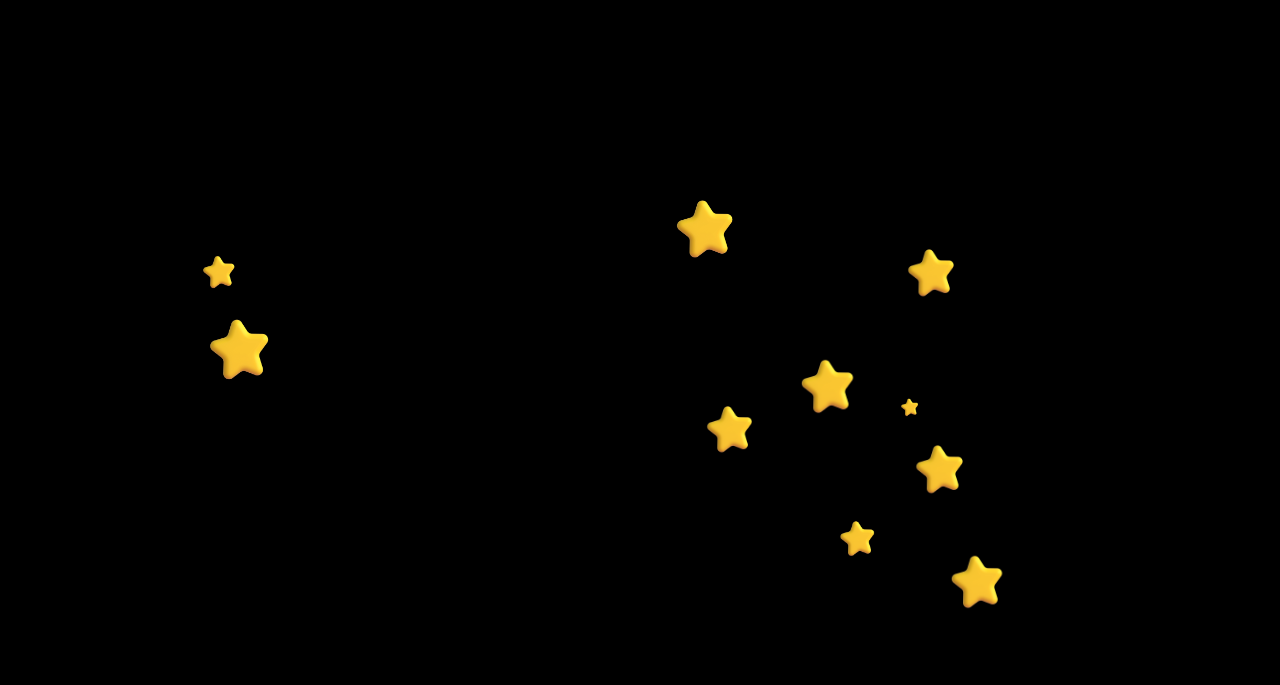
Repository: heartbreathing/Star-game
Page: index.html
An editor plug-in stored every save of this project. The page is shown before and after the next save, followed by the edit.
The browser window is 1280 px wide. The pictures show the whole page.

Above is the page before, as saved 2022-10-28 23:17:34.

After the next save:
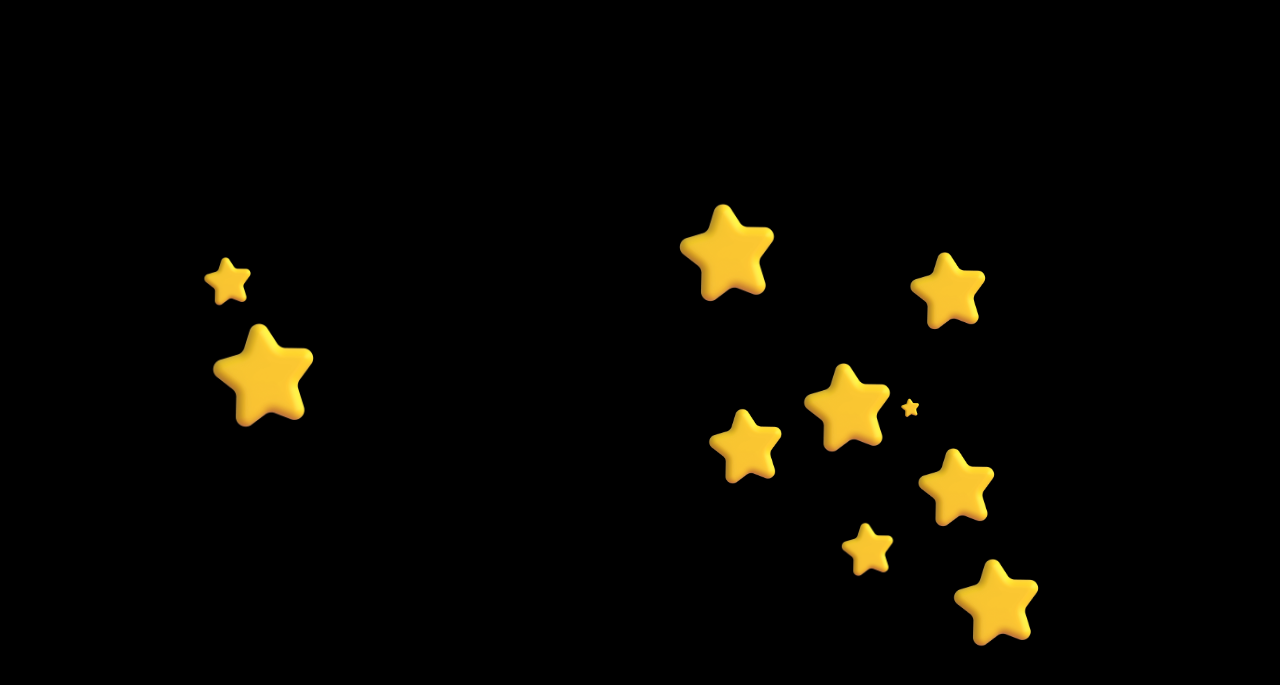
Saved 13 s later.
--- a/index.html
+++ b/index.html
@@ -17,7 +17,7 @@
         let timer = setInterval(function () {
           var obj = document.createElement('img');
 
-          var wid = Math.floor(Math.random() * 50 + 20);
+          var wid = Math.floor(Math.random() * 100 + 20);
           obj.width = wid;
           var x = Math.floor(Math.random() * 1000 + 100);
           var y = Math.floor(Math.random() * 500 + 100);
